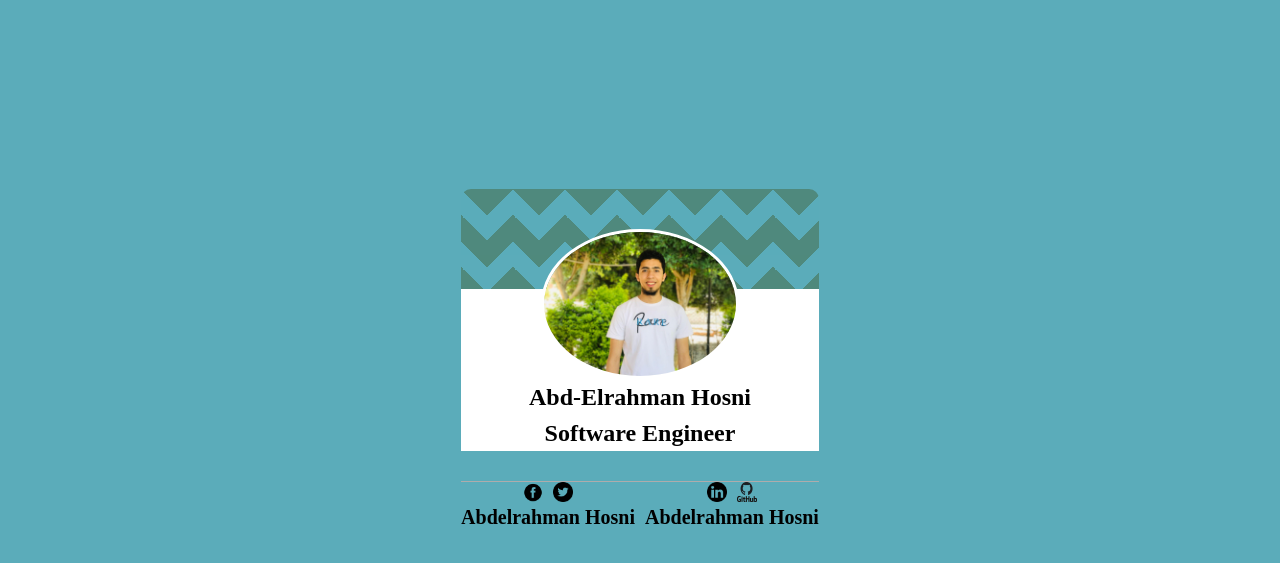
Repository: Abdo-Hosni123/Html-and-css-projects
Page: index.html
The author's editor kept a copy of each file at every save. The page is drawn from the files as they stood at one save, then again after the next save.
The browser window is 1280 px wide. The pictures show the whole page.

Above is the page before, as saved 2023-12-06 00:39:09.

### index.html
<!doctype html>
<html lang="en">
  <head>
    <meta charset="UTF-8" />
    <meta name="viewport" content="width=device-width, initial-scale=1.0" />
    <title>Abd-Elrahman Honsi's profile component</title>
    <link rel="stylesheet" href="Style.css" />
  </head>
  <body>
    <div class="container">
      <article class="card">
        <div class="top"></div>
        <div class="middle">
          <img
            src="./assets/mypicture.jpg"
            alt="picture of Abdelrahman Hosni"
            class="card-img"
          />
          <h1 class="middle-title">Abd-Elrahman Hosni</h1>
          <h2 class="middle-des">Software Engineer</h2>
        </div>
        <div class="bottom">
          <div class="colum">
            <div class="icons">
              <img
                class="icon"
                src="/assets/facebook.png"
                alt="picture of facebook"
              />
              <img
                class="icon"
                src="/assets/twitter.png"
                alt="picture of twitter"
              />
            </div>
            <h3 class="username">Abdelrahman Hosni</h3>
          </div>
          <div class="colum">
            <div class="icons">
              <img
                class="icon"
                src="/assets/linkedin.png"
                alt="picture of linkedin "
              />
              <img
                class="icon"
                src="/assets/github_PNG20-1.png"
                alt="picture of github  "
              />
            </div>
            <h3 class="username">Abdelrahman Hosni</h3>
          </div>
        </div>
      </article>
    </div>
  </body>
</html>

### Style.css
*,
*::before,
*::after {
  box-sizing: border-box;
}
* {
  margin: 0;
}
body {
  line-height: 1.5;
  -webkit-font-smoothing: antialiased;
}

img,
picture,
video,
canvas,
svg {
  display: block;
  max-width: 100%;
}

input,
button,
textarea,
select {
  font: inherit;
}

p,
h1,
h2,
h3,
h4,
h5,
h6 {
  overflow-wrap: break-word;
}

#root,
#__next {
  isolation: isolate;
}
.container {
  display: flex;
  align-items: center;
  justify-content: center;
  min-height: 100vh;
  background-color: #5bacba;
}
.card {
  display: flex;
  flex-direction: column;
  min-width: 350px;
  border-radius: 10px;
  overflow: hidden;
}
.top {
  height: 100px;
  background-color: #e5e5f7;
  opacity: 0.8;
  background-color: #5bacba;
  opacity: 0.5;
  background-image: linear-gradient(135deg, #446740 25%, transparent 25%),
    linear-gradient(225deg, #446740 25%, transparent 25%),
    linear-gradient(45deg, #446740 25%, transparent 25%),
    linear-gradient(315deg, #446740 25%, #5bacba 25%);
  background-position:
    26px 0,
    26px 0,
    0 0,
    0 0;
  background-size: 52px 52px;
  background-repeat: repeat;
  z-index: 1;
}
.middle {
  display: flex;
  flex-direction: column;
  justify-content: center;
  align-items: center;
  background-color: white;
}
.card-img {
  margin-top: -60px;
  border-radius: 50%;
  border: 3px solid white;
  height: 150px;
  z-index: 2;
}
.bottom {
  display: flex;
  gap: 10px;
  margin-top: 30px;
  border-top: 1px solid rgb(174, 172, 172);
  flex: 1;
}
.icons {
  display: flex;
  align-items: center;
  justify-content: center;
  gap: 10px;
}
.icon {
  height: 20px;
  width: 20px;
}
.username {
  font-size: 20px;
}

After the next save:
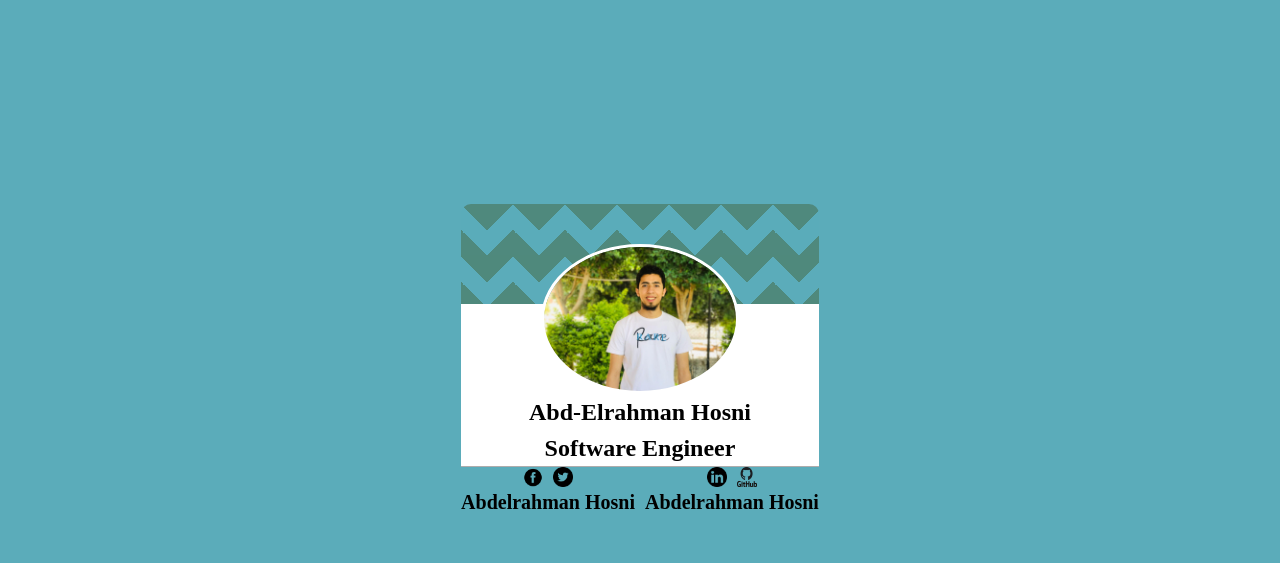
Saved 73 s later.
--- a/Style.css
+++ b/Style.css
@@ -91,7 +91,7 @@ h6 {
 .bottom {
   display: flex;
   gap: 10px;
-  margin-top: 30px;
+
   border-top: 1px solid rgb(174, 172, 172);
   flex: 1;
 }
